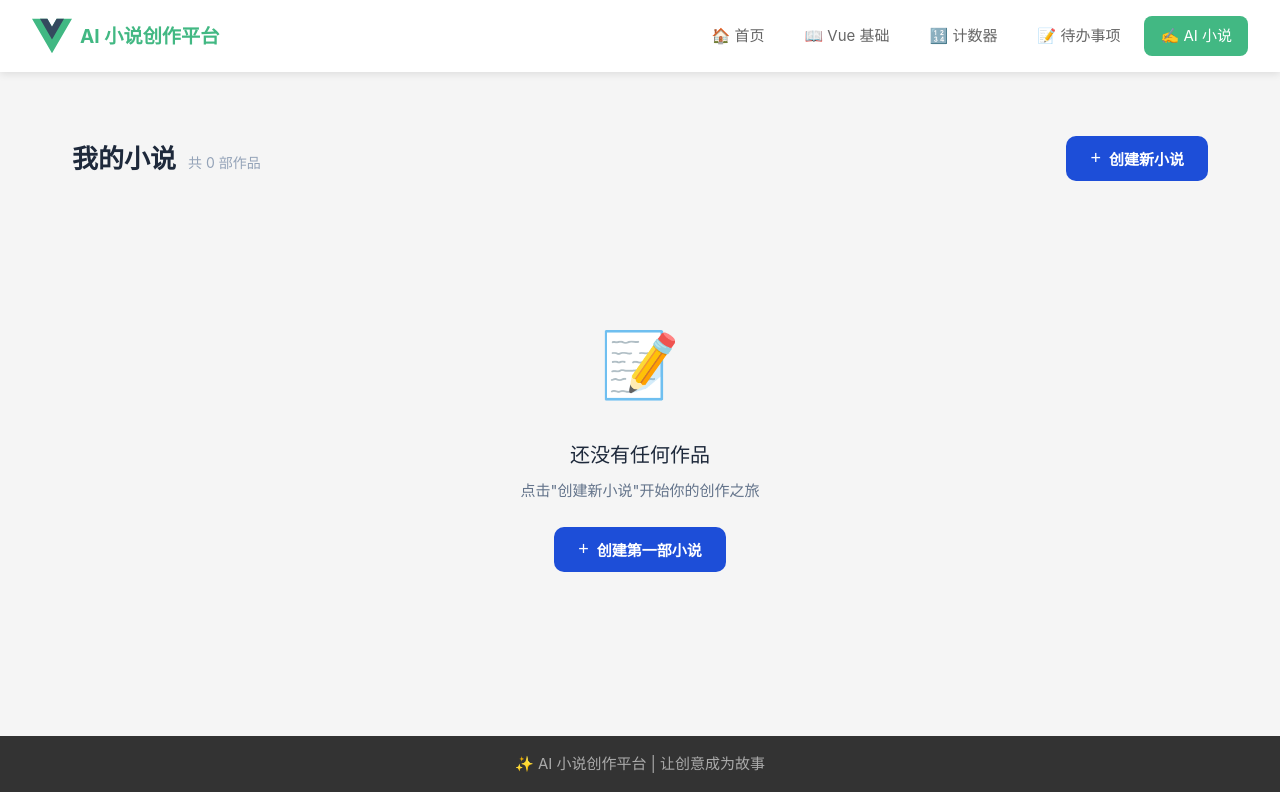
Repository: SergeXie/ai-novel-writer
Page: /novel (app in vue-project/)
The author's editor kept a copy of each file at every save. The page is drawn from the files as they stood at one save, then again after the next save.
The browser window is 1280 px wide. The pictures show the whole page.
The page's requests for data from a server got no answer. The project was rebuilt for these pictures with package versions that can differ from the ones it lists, and the page was loaded fresh each time. No one was signed in, and anything a server would have sent is missing. Also part of the build but not shown: vue-project/vite.config.ts, vue-project/src/views/HomeView.vue.

Above is the page before, as saved 2026-07-15 16:33:27.

After the next save:
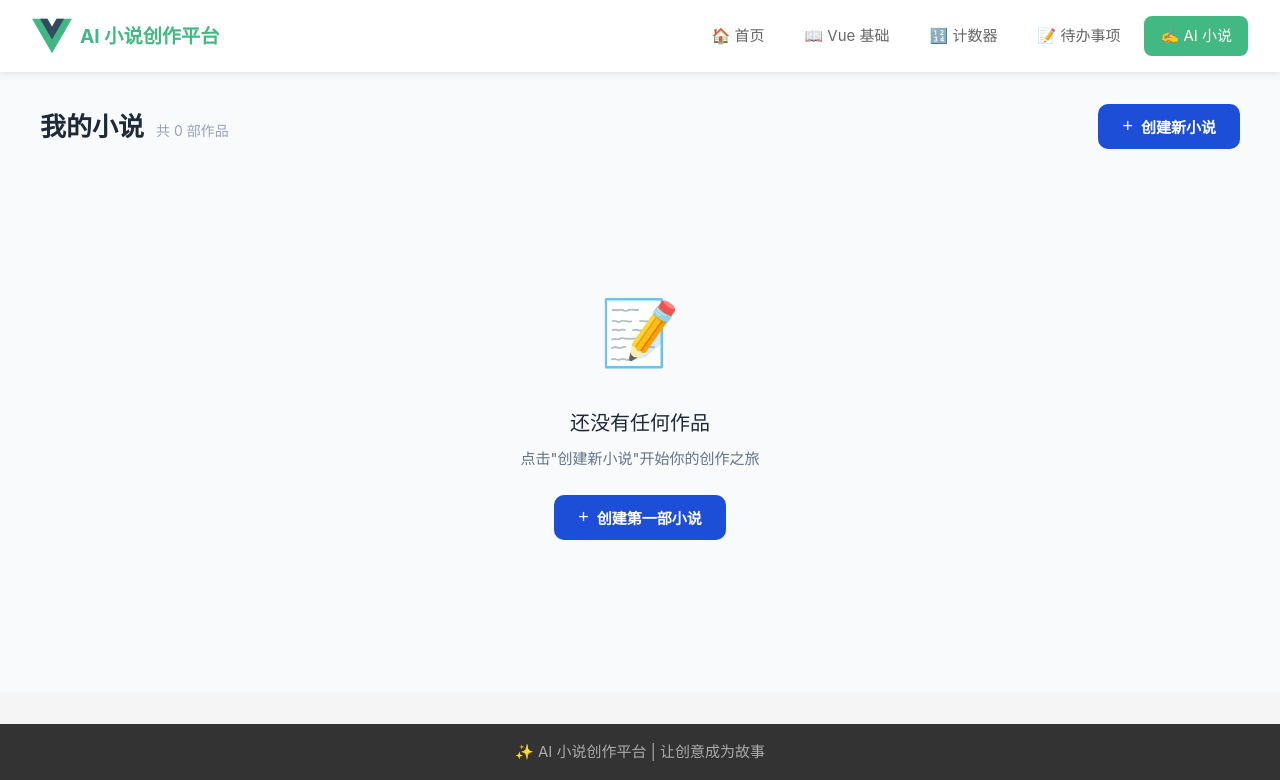
Saved 8 s later.
--- a/vue-project/src/views/NovelListView.vue
+++ b/vue-project/src/views/NovelListView.vue
@@ -268,10 +268,13 @@ onMounted(() => {
 <style scoped>
 /* 整体容器 */
 .novel-list-container {
-  width: 100%;
+  width: calc(100% + 4rem);
+  margin-left: -2rem;
+  margin-top: -2rem;
   padding: 32px 40px;
-  min-height: 100%;
+  min-height: calc(100vh - 100px);
   box-sizing: border-box;
+  background: #f8fafc;
 }
 
 /* 页面头部 */
